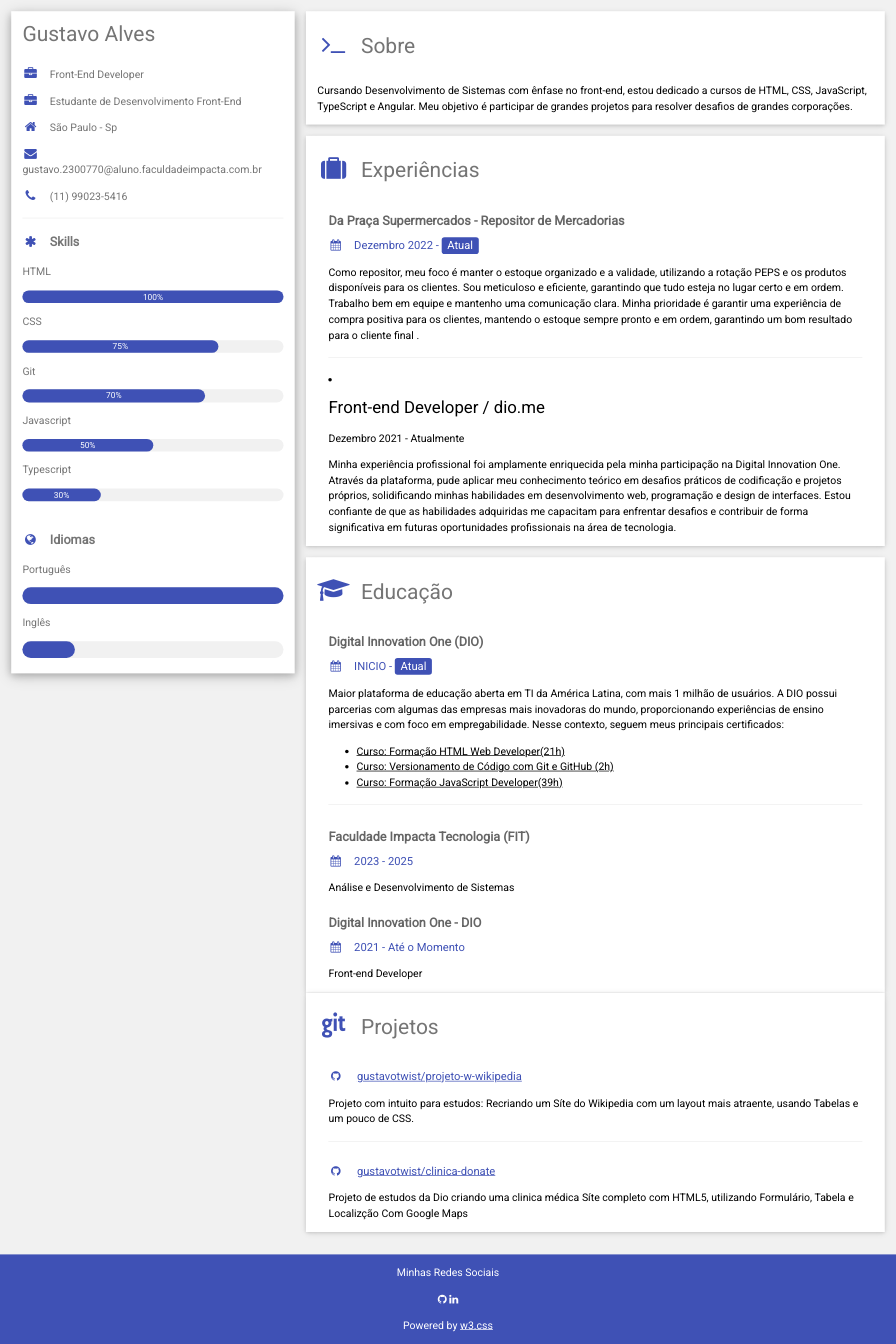
Repository: gustavotwist/cv
Page: index.html
The author's editor kept a copy of each file at every save. The page is drawn from the files as they stood at one save, then again after a run of saves.
The browser window is 1280 px wide. The pictures show the whole page, at 70% of full size.

Above is the page before, as saved 2024-06-19 22:15:59.

After the next 2 saves:
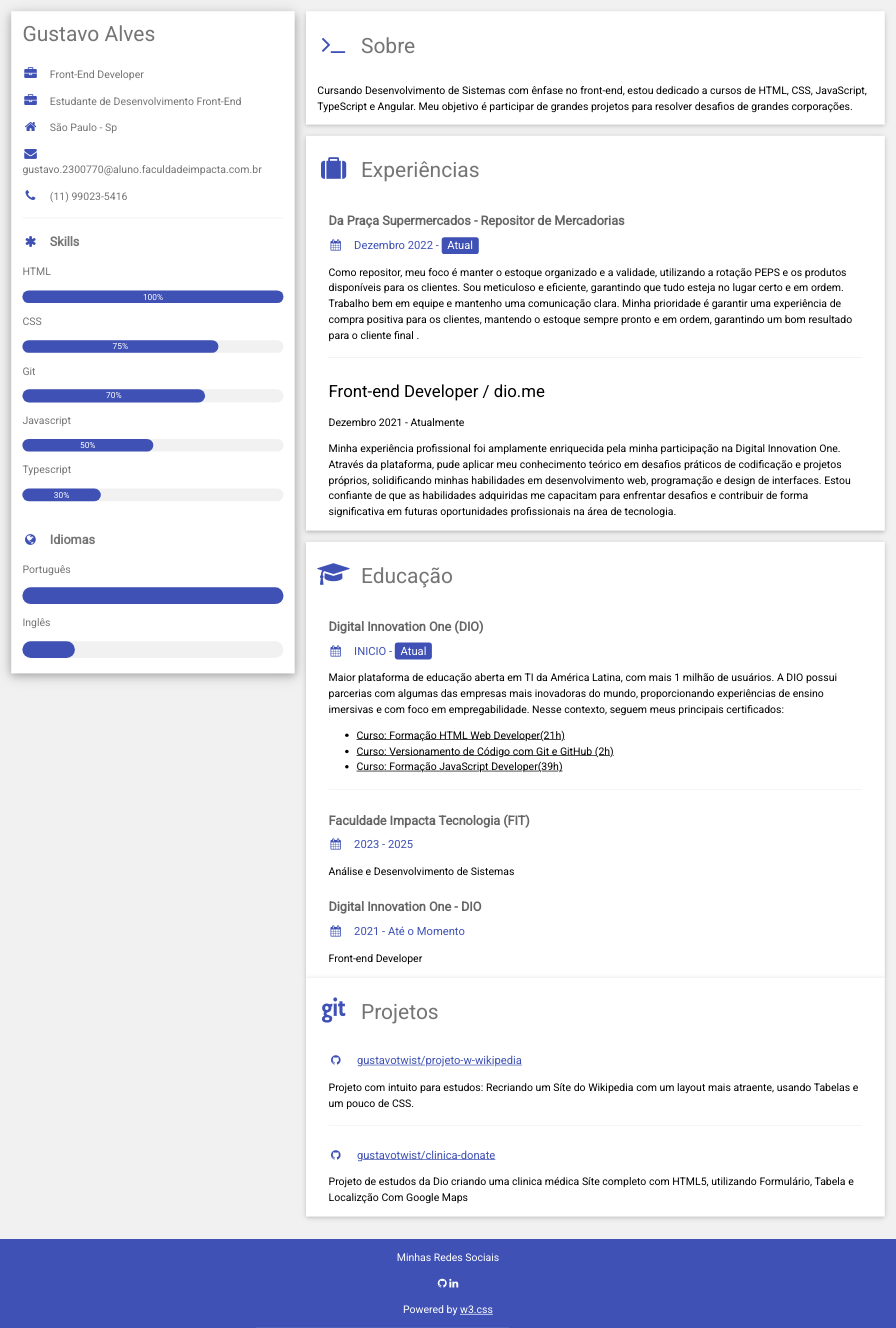
The 2 saves are shown as one change because they came seconds apart.
The last was saved 20 s later.
--- a/index.html
+++ b/index.html
@@ -104,13 +104,13 @@
               <hr>
             </div>
             <div class="w3-container">
-              <li>
+              <h5>
                 <h3 class="title">Front-end Developer / dio.me</h3>
                 <p class="period">Dezembro 2021 - Atualmente</p>
                 <p>
                     Minha experiência profissional foi amplamente enriquecida pela minha participação na Digital Innovation One. Através da plataforma, pude aplicar meu conhecimento teórico em desafios práticos de codificação e projetos próprios, solidificando minhas habilidades em desenvolvimento web, programação e design de interfaces. Estou confiante de que as habilidades adquiridas me capacitam para enfrentar desafios e contribuir de forma significativa em futuras oportunidades profissionais na área de tecnologia.
                 </p>
-            </li>
+            </h5>
             </div>
           </div>
 
